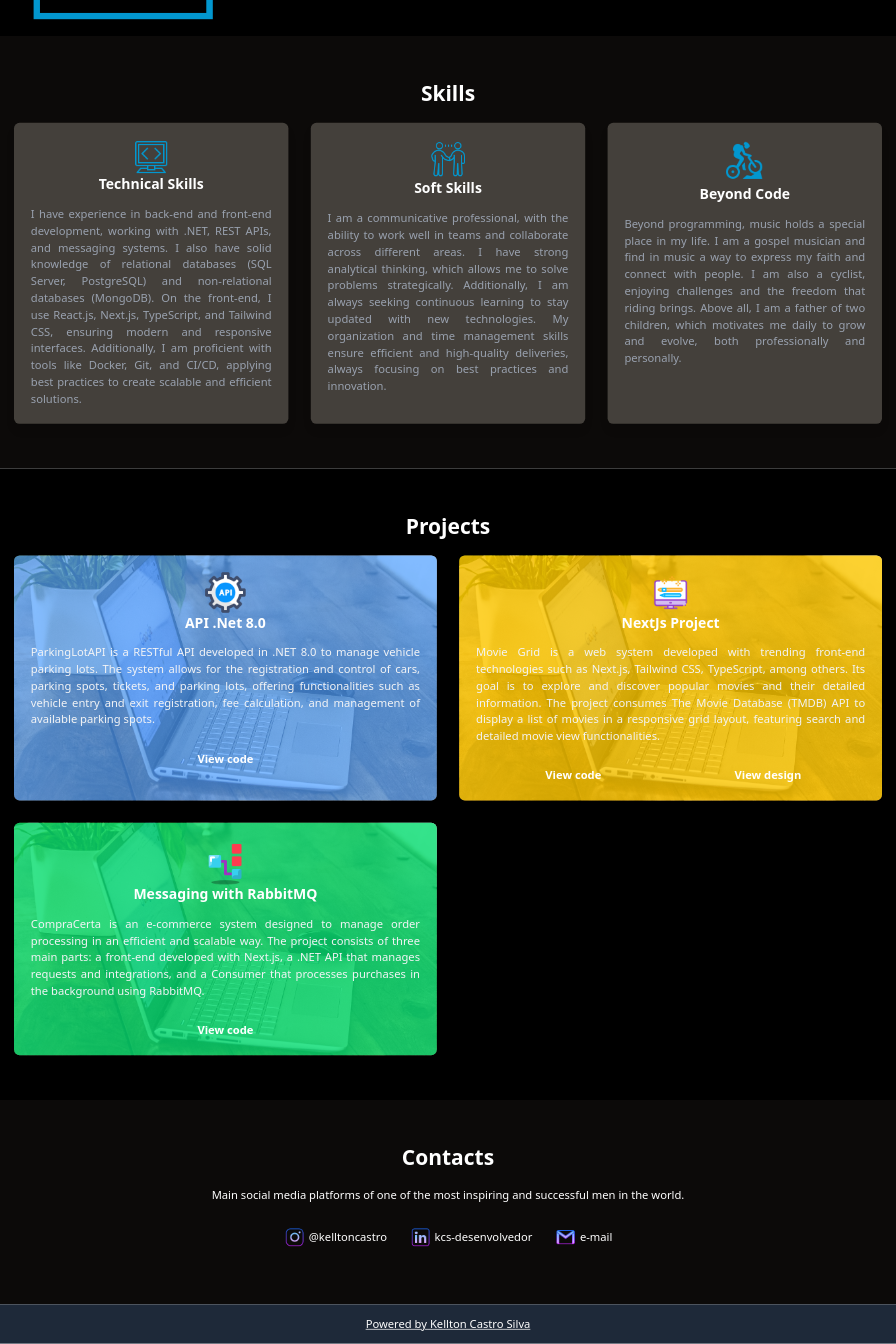
Repository: kcsdesenvolvedor/portfolio
Page: index.html
These files come from the project's save history. The page is drawn as it stood at one moment and after the next save; the edit follows.
The browser window is 1280 px wide. The pictures show the part of the page from y = 918 to 2838 px (the page is 2838 px tall), at 70% of full size.

Above is the page before, as saved 2025-03-26 20:19:42.
Console error: TypeError: Cannot read properties of null (reading 'textContent')

### index.html
<!DOCTYPE html>
<html lang="en">
<head>
    <meta charset="UTF-8">
    <meta name="viewport" content="width=device-width, initial-scale=1.0">
    <link rel="icon" href="./img/faviconK.png" type="image/x-icon">
    <link href="./output.css" rel="stylesheet">
    <title>Kellton Castro</title>
    <style>
        .typing-container {
        font-family: 'Courier New', monospace;
        font-size: 24px;
        color: #333;
        white-space: nowrap;
        overflow: hidden;
        border-right: 2px solid black;
        display: inline-block;
        animation: blink-caret 0.7s step-end infinite;
        }

        #typing-text {
            height: 40px;
        }

        @keyframes blink-caret {
        from, to {
            border-color: transparent;
        }
        50% {
            border-color: black;
        }
        }


        @keyframes fadeIn {
            from {
                opacity: 0;
                transform: translateY(20px);
            }
            to {
                opacity: 1;
                transform: translateY(0);
            }
        }

        .fade-in {
            animation: fadeIn 1s ease-in-out;
        }
    </style>
</head>
<body class="bg-gray-100 font-sans">
    <header>
        <nav class="fixed top-0 z-50 w-full px-4 py-4 flex justify-between items-center bg-stone-950">
            <div class="lg:hidden">
                <button class="navbar-burger flex items-center text-blue-600 p-3">
                    <svg class="block h-4 w-4 fill-current" viewBox="0 0 20 20" xmlns="http://www.w3.org/2000/svg">
                        <title>Mobile menu</title>
                        <path d="M0 3h20v2H0V3zm0 6h20v2H0V9zm0 6h20v2H0v-2z"></path>
                    </svg>
                </button>
            </div>
            <div>
                <ul class="hidden absolute top-1/2 left-1/2 transform -translate-y-1/2 -translate-x-1/2 lg:mx-auto lg:flex lg:items-center lg:w-auto lg:space-x-20">
                    <li><a class="text-sm text-blue-600/80 dark:text-sky-400/80 hover:text-white" href="#home" data-i18n="home"></a></li>
                    <li><a class="text-sm text-blue-600/80 dark:text-sky-400/80 hover:text-white" href="#about" data-i18n="about"></a></li>
                    <li><a class="text-sm text-blue-600/80 dark:text-sky-400/80 hover:text-white" href="#skills" data-i18n="skills"></a></li>
                    <li><a class="text-sm text-blue-600/80 dark:text-sky-400/80 hover:text-white" href="#projects" data-i18n="projects"></a></li>
                    <li><a class="text-sm text-blue-600/80 dark:text-sky-400/80 hover:text-white" href="#contacts" data-i18n="contacts"></a></li>
                </ul>
            </div>
            <div class="w-lg">
                <select id="language-select" class="border-2 border-blue-600/80 dark:border-sky-400/80 text-blue-600/80 dark:text-sky-400/80 bg-transparent rounded-lg px-4 py-2">
                    <option value="en">English</option>
                    <option value="pt">Português</option>
                </select>
            </div>
        </nav>
        <div class="navbar-menu fixed top-0 z-50 w-full hidden">
            <div class="navbar-backdrop fixed inset-0 bg-gray-800 opacity-25"></div>
            <nav class="fixed top-0 left-0 bottom-0 flex flex-col w-5/6 max-w-sm py-6 px-6 bg-white border-r overflow-y-auto">
                <div class="flex items-center mb-8">
                    <a class="mr-auto text-3xl font-bold leading-none" href="#">
                        <img class="w-16" src="./img/logo.png" alt="">
                    </a>
                    <button class="navbar-close">
                        <svg class="h-6 w-6 text-gray-400 cursor-pointer hover:text-gray-500" xmlns="http://www.w3.org/2000/svg" fill="none" viewBox="0 0 24 24" stroke="currentColor">
                            <path stroke-linecap="round" stroke-linejoin="round" stroke-width="2" d="M6 18L18 6M6 6l12 12"></path>
                        </svg>
                    </button>
                </div>
                <div>
                    <ul>
                        <li class="mb-1">
                            <a class="navbar-itemMenu block p-4 text-sm font-semibold text-gray-400 hover:bg-blue-50 hover:text-blue-600 rounded" href="#home" data-i18n="home"></a>
                        </li>
                        <li class="mb-1">
                            <a class="navbar-itemMenu block p-4 text-sm font-semibold text-gray-400 hover:bg-blue-50 hover:text-blue-600 rounded" href="#about" data-i18n="about"></a>
                        </li>
                        <li class="mb-1">
                            <a class="navbar-itemMenu block p-4 text-sm font-semibold text-gray-400 hover:bg-blue-50 hover:text-blue-600 rounded" href="#skills" data-i18n="skills"></a>
                        </li>
                        <li class="mb-1">
                            <a class="navbar-itemMenu block p-4 text-sm font-semibold text-gray-400 hover:bg-blue-50 hover:text-blue-600 rounded" href="#projects" data-i18n="projects"></a>
                        </li>
                        <li class="mb-1">
                            <a class="navbar-itemMenu block p-4 text-sm font-semibold text-gray-400 hover:bg-blue-50 hover:text-blue-600 rounded" href="#contact" data-i18n="contacts"></a>
                        </li>
                    </ul>
                </div>
                <div class="mt-auto">

                    <a href="https://kcode2025.github.io/sucess-history" target="_blank">
                        <p class="my-4 text-xs text-center text-gray-400">
                            Powered by Success Story
                        </p>
                    </a>
                </div>
            </nav>
        </div>
    </header>


    <!-- Home Section -->
    <section id="home" class="flex flex-col-reverse lg:flex-row lg:justify-around justify-between bg-stone-950 text-white text-center pt-20 lg:pb-0 pb-5 px-10 fade-in">
        <!-- Div do texto -->
        <div class="self-center w-full flex items-center justify-center">
            <div class="flex flex-col lg:w-2/4"> <!-- Ajuste essa div para ocupar 100% da largura -->
                <p class="text-md text-left" data-i18n="hello"></p>
                <p class="text-3xl text-blue-600/80 dark:text-sky-400/80 text-left font-semibold" data-i18n="apresentationMe"></p>
                <p class="text-lg text-gray-400 text-left font-semibold mb-2" data-i18n="myProfission"></p>
                <p class="text-xs text-gray-400 text-left font-semibold mb-8" data-i18n="welcomePortfolio"></p>
                <a href="#contact" class="bg-blue-600/80 dark:bg-sky-400/80 text-white font-bold w-2/4 py-3 px-6 border-2 rounded-lg shadow-lg hover:bg-black hover:text-blue-600/80 hover:dark:text-sky-400/80 hover:border-blue-600/80 hover:dark:border-sky-400/80 hover:border-2 transition delay-150 duration-300 ease-in-out" data-i18n="contacts"></a>
            </div>
        </div>

        <!-- Div da imagem -->
        <div class="flex justify-center lg:justify-end lg:w-2/4">
            <img class="min-w-2/4 object-contain" src="./img/perfil-portfolio2.png">
        </div>
    </section>

    <!-- Sobre -->
    <section id="about" class="flex flex-col lg:flex-row items-center justify-center space-y-10 lg:space-y-0 lg:space-x-20 py-16 bg-black border-r-gray-900 fade-in">
        <div class="relative flex justify-center">
            <!-- Moldura (posição de fundo) -->
            <img src="./img/moldura.png" class="w-3xs h-3xs absolute -left-5 top-5 lg:-left-10 lg:top-10" alt="moldura do perfil">

            <!-- Imagem de perfil (fica por cima) -->
            <img src="./img/perfil-portfolio1.png" class="w-3xs h-3xs relative z-10" alt="meu perfil">
        </div>
        <div class="px-5 w-full lg:w-3xl text-center lg:text-left">
            <h3 class="text-3xl text-white font-bold mb-2" data-i18n="about"></h3>
            <div class="w-20 h-0.5 bg-blue-600/80 dark:bg-sky-400/80 mb-3 mx-auto lg:mx-0"></div>
            <p class="text-gray-400 text-left w-full mb-8" data-i18n="aboutMeInfo"></p>
            <div class="flex flex-col lg:flex-row w-full lg:w-2/4 gap-4">
                <a href="#contact" class="bg-blue-600/80 dark:bg-sky-400/80 text-center text-white font-bold w-full lg:w-2/4 py-3 px-6 border-2 rounded-lg shadow-lg hover:bg-black hover:text-blue-600/80 hover:dark:text-sky-400/80 hover:border-blue-600/80 hover:dark:border-sky-400/80 hover:border-2 transition delay-150 duration-300 ease-in-out" data-i18n="contacts"></a>
                <a href="cv/Kellton.pdf" download="Kellton.pdf" class="bg-black text-center border-blue-600/80 dark:border-sky-400/80 text-blue-600/80 dark:text-sky-400/80 font-bold w-full lg:w-2/4 py-3 px-6 border-2 rounded-lg shadow-lg hover:text-white hover:border-white hover:border-2 transition delay-150 duration-300 ease-in-out">
                    Download CV
                </a>
            </div>
        </div>
    </section>



    <!-- Skills -->
    <section id="skills" class="py-16 bg-stone-950 fade-in">
        <div class="container mx-auto text-center">
            <h3 class="text-3xl text-white font-bold mb-6" data-i18n="skills"></h3>
            <div class="px-5 grid grid-cols-1 md:grid-cols-3 gap-8">
                <div class="flex flex-col items-center bg-stone-700 p-6 rounded-lg shadow-lg transition delay-150 duration-300 transform hover:scale-105 hover:shadow-xl">
                    <img src="./img/hard-skills.png" alt="image hard skills">
                    <h4 class="text-xl text-white font-bold mb-4" data-i18n="technicalSkills"></h4>
                    <p class="text-gray-400 text-justify" data-i18n="technicalSkillsInfo"></p>
                </div>
                <div class="flex flex-col items-center bg-stone-700 p-6 rounded-lg shadow-lg transition delay-150 duration-300 transform hover:scale-105 hover:shadow-xl">
                    <img src="./img/soft-skills.png" class="h-14" alt="image soft skills">
                    <h4 class="text-xl text-white font-bold mb-4" data-i18n="softSkills"></h4>
                    <p class="text-gray-400 text-justify" data-i18n="softSkillsInfo"></p>
                </div>
                <div class="flex flex-col items-center bg-stone-700 p-6 rounded-lg shadow-lg transition delay-150 duration-300 transform hover:scale-105 hover:shadow-xl">
                    <img src="./img/beyond-code.png" alt="imagem de beyond code">
                    <h4 class="text-xl text-white font-bold mb-4" data-i18n="beyondCode"></h4>
                    <p class="text-gray-400 text-justify" data-i18n="beyondCodeInfo"></p>
                </div>
            </div>
        </div>
    </section>

    <!-- Projetos -->
    <section id="projects" class="py-16 bg-black fade-in">
        <div class="container mx-auto text-center">
            <h3 class="text-3xl text-white font-bold mb-6" data-i18n="projects"></h3>
            <div class="px-5 grid grid-cols-1 md:grid-cols-2 gap-8">
                <div class="relative bg-stone-700 p-6 rounded-lg shadow-lg
                bg-[url('./img/homeoffice.jpg')] bg-cover bg-center bg-opacity-20">
                    <div class="absolute inset-0 bg-blue-400/70 rounded-lg"></div>
                    <div class="relative z-10 flex flex-col items-center">
                        <img src="./img/api.png" alt="image api">
                        <h4 class="text-xl text-white font-bold mb-4">API .Net 8.0</h4>
                        <p class="text-gray-100 text-justify">ParkingLotAPI is a RESTful API developed in .NET 8.0 to manage vehicle parking lots. The system allows for the registration and control of cars, parking spots, tickets, and parking lots, offering functionalities such as vehicle entry and exit registration, fee calculation, and management of available parking spots.</p>
                        <div class="flex justify-center mt-8 w-full">
                            <a href="https://github.com/kcsdesenvolvedor/ParkingLotAPI" class="text-white font-semibold w-full lg:w-2/4 px-6 hover:text-blue-600/80 hover:dark:text-sky-400/80 transition delay-150 duration-300 ease-in-out" target="_blank">
                                View code
                            </a>
                        </div>
                    </div>
                </div>
                <div class="relative bg-stone-700 p-6 rounded-lg shadow-lg
                bg-[url('./img/homeoffice.jpg')] bg-cover bg-center bg-opacity-20">
                    <div class="absolute inset-0 bg-yellow-400/80 rounded-lg"></div>
                    <div class="relative z-10 flex flex-col items-center">
                        <img src="./img/next-project.png" alt="image nextjs project">
                        <h4 class="text-xl text-white font-bold mb-4">NextJs Project</h4>
                        <p class="text-gray-100 text-justify">Movie Grid is a web system developed with trending front-end technologies such as Next.js, Tailwind CSS, TypeScript, among others. Its goal is to explore and discover popular movies and their detailed information. The project consumes The Movie Database (TMDB) API to display a list of movies in a responsive grid layout, featuring search and detailed movie view functionalities.</p>
                        <div class="flex justify-between mt-8 w-full">
                            <a href="https://github.com/kcsdesenvolvedor/Movie-Grid" class=" text-white font-semibold w-full lg:w-2/4 px-6 hover:text-blue-600/80 hover:dark:text-sky-400/80 transition delay-150 duration-300 ease-in-out" target="_blank">
                                View code
                            </a>
                            <a href="https://movie-grid-blue.vercel.app/" class=" text-white font-semibold w-full lg:w-2/4 px-6 hover:text-blue-600/80 hover:dark:text-sky-400/80 transition delay-150 duration-300 ease-in-out" target="_blank">
                                View design
                            </a>
                        </div>
                    </div>
                </div>
                <div class="relative flex flex-col items-center bg-stone-700 p-6 rounded-lg shadow-lg
                bg-[url('./img/homeoffice.jpg')] bg-cover bg-center bg-opacity-20">
                    <div class="absolute inset-0 bg-green-400/80 rounded-lg"></div>
                    <div class="relative z-10 flex flex-col items-center">
                        <img src="./img/mensageria.png" alt="imagem de mensageria">
                        <h4 class="text-xl text-white font-bold mb-4">Messaging with RabbitMQ</h4>
                        <p class="text-gray-100 text-justify">CompraCerta is an e-commerce system designed to manage order processing in an efficient and scalable way. The project consists of three main parts: a front-end developed with Next.js, a .NET API that manages requests and integrations, and a Consumer that processes purchases in the background using RabbitMQ.</p>
                        <div class="flex justify-center mt-8 w-full">
                            <a href="https://github.com/kcsdesenvolvedor/compra-certa" class="text-white font-semibold w-full lg:w-2/4 px-6 hover:text-blue-600/80 hover:dark:text-sky-400/80 transition delay-150 duration-300 ease-in-out" target="_blank">
                                View code
                            </a>
                        </div>
                    </div>
                </div>
            </div>
        </div>
    </section>

    <!-- Contato -->
    <section id="contacts" class="py-16 bg-stone-950 text-white text-center fade-in">
        <div class="container mx-auto px-2">
            <h3 class="text-3xl font-bold mb-6" data-i18n="contacts"></h3>
            <p class="mb-8">Main social media platforms of one of the most inspiring and successful men in the world.</p>
            <form class="max-w-lg mx-auto">
                <div class="flex flex-col justify-center lg:flex-row mb-4 gap-8">
                    <a href="https://www.cityfootballgroup.com/" target="_blank">
                        <div class="flex gap-1 items-center">
                            <img class="h-8 w-8" src="./img/instagram.png" alt="imagem do instagram">
                            <p class="text-1xl">@kelltoncastro</p>
                        </div>
                    </a>
                    <a href="https://x.com/HHmansour" target="_blank">
                        <div class="flex gap-1 items-center">
                            <img class="h-8 w-8" src="./img/linkedin.png" alt="imagem do linkedin">
                            <p class="text-1xl">kcs-desenvolvedor</p>
                        </div>
                    </a>
                    <a href="https://x.com/HHmansour" target="_blank">
                        <div class="flex gap-1 items-center">
                            <img class="h-8 w-8" src="./img/gmail.png" alt="imagem do gmail">
                            <p class="text-1xl">e-mail</p>
                        </div>
                    </a>
                </div>
            </form>
        </div>
    </section>

    <!-- Footer -->
    <footer class="bg-gray-800 text-white text-center py-4">
        <a class="cursor-pointer" href="https://kcode2025.github.io/sucess-history" target="_blank"><p class="underline">Powered by Kellton Castro Silva</p></a>
    </footer>

    <!-- Script -->
    <script>
        // Burger menus
        document.addEventListener('DOMContentLoaded', function() {
            // open
            const burger = document.querySelectorAll('.navbar-burger');
            const menu = document.querySelectorAll('.navbar-menu');

            if (burger.length && menu.length) {
                for (var i = 0; i < burger.length; i++) {
                    burger[i].addEventListener('click', function() {
                        for (var j = 0; j < menu.length; j++) {
                            menu[j].classList.toggle('hidden');
                        }
                    });
                }
            }

            // close
            const close = document.querySelectorAll('.navbar-close');
            const backdrop = document.querySelectorAll('.navbar-backdrop');
            const itemMenu = document.querySelectorAll('.navbar-itemMenu');

            if (close.length) {
                for (var i = 0; i < close.length; i++) {
                    close[i].addEventListener('click', function() {
                        for (var j = 0; j < menu.length; j++) {
                            menu[j].classList.toggle('hidden');
                        }
                    });
                }
            }

            if (backdrop.length) {
                for (var i = 0; i < backdrop.length; i++) {
                    backdrop[i].addEventListener('click', function() {
                        for (var j = 0; j < menu.length; j++) {
                            menu[j].classList.toggle('hidden');
                        }
                    });
                }
            }

            if (itemMenu.length) {
                for (var i = 0; i < itemMenu.length; i++) {
                    itemMenu[i].addEventListener('click', function() {
                        for (var j = 0; j < menu.length; j++) {
                            menu[j].classList.toggle('hidden');
                        }
                    });
                }
            }
        });

        // animação de digitação

        const texts = [
        "Visionary Leader",
        "Sports Enthusiast",
        "City Football Group Owner",
        "Innovative Investor",
        "Philanthropist",
        "Economic Pioneer",
        "Influential Figure",
        "Strategic Thinker",
        "Cultural Advocate",
        "Inspiring Icon"
        ];

        let currentTextIndex = 0;
        let charIndex = 0;
        const typingSpeed = 100; // Velocidade de digitação (ms por caractere)
        const erasingSpeed = 50; // Velocidade de apagar
        const delayBetweenTexts = 2000; // Tempo antes de trocar para o próximo texto

        const typingElement = document.getElementById("typing-text");

        function typeText() {
        if (charIndex < texts[currentTextIndex].length) {
            typingElement.textContent += texts[currentTextIndex].charAt(charIndex);
            charIndex++;
            setTimeout(typeText, typingSpeed);
        } else {
            setTimeout(eraseText, delayBetweenTexts);
        }
        }

        function eraseText() {
        if (charIndex > 0) {
            typingElement.textContent = texts[currentTextIndex].substring(0, charIndex - 1);
            charIndex--;
            setTimeout(eraseText, erasingSpeed);
        } else {
            currentTextIndex = (currentTextIndex + 1) % texts.length;
            setTimeout(typeText, typingSpeed);
        }
        }

        // Começar a animação
        document.addEventListener("DOMContentLoaded", () => {
        setTimeout(typeText, delayBetweenTexts);
        });

        </script>
        <script src="./js/main.js"></script>
        <script src="./js/translations.js"></script>
</body>
</html>

Loaded but not shown: js/translations.js (40 lines, source omitted); js/main.js (24 lines, source omitted); output.css (1429 lines, source omitted)

After the next save:
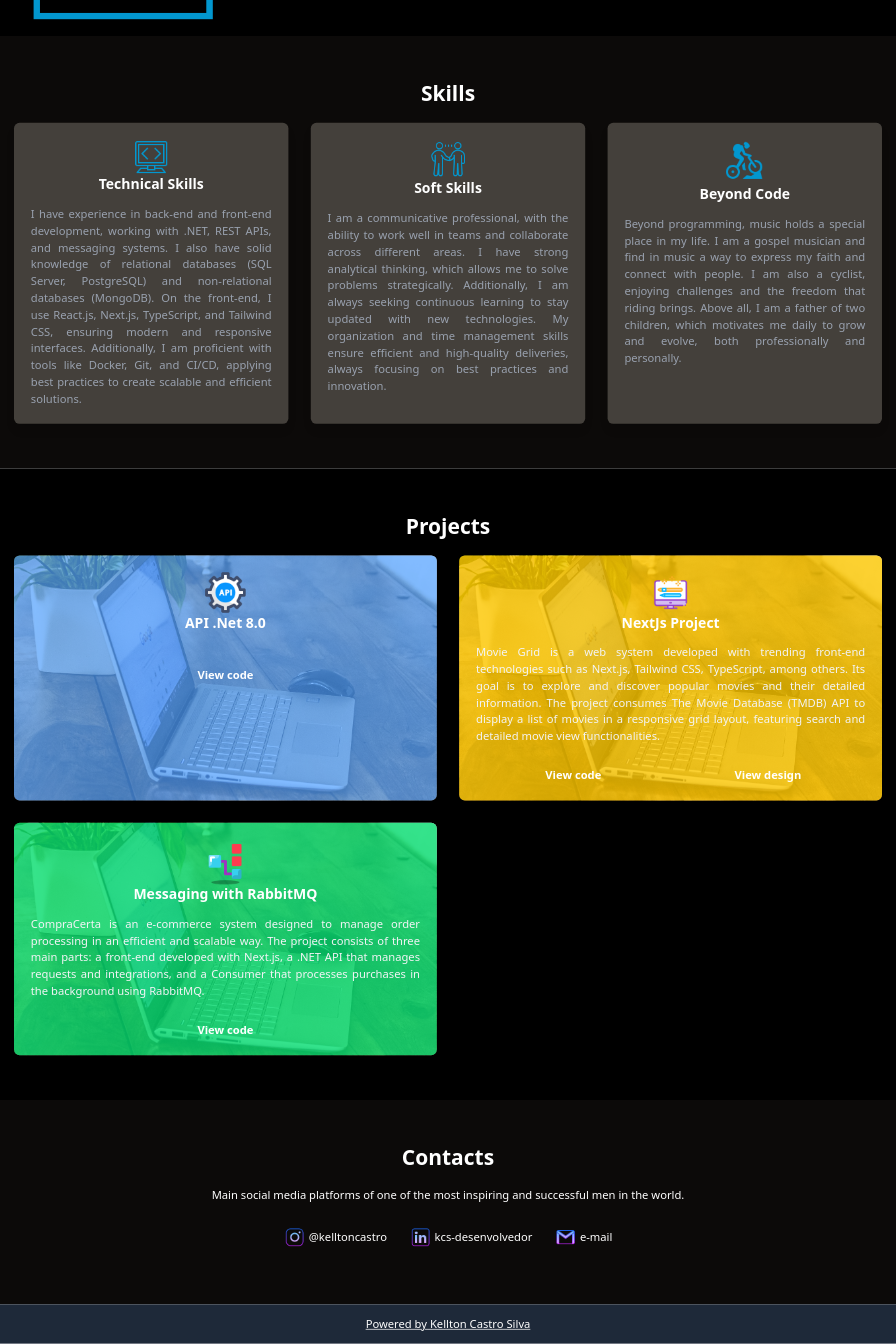
Saved 5 min 48 s later.
--- a/index.html
+++ b/index.html
@@ -198,7 +198,7 @@
                     <div class="relative z-10 flex flex-col items-center">
                         <img src="./img/api.png" alt="image api">
                         <h4 class="text-xl text-white font-bold mb-4">API .Net 8.0</h4>
-                        <p class="text-gray-100 text-justify">ParkingLotAPI is a RESTful API developed in .NET 8.0 to manage vehicle parking lots. The system allows for the registration and control of cars, parking spots, tickets, and parking lots, offering functionalities such as vehicle entry and exit registration, fee calculation, and management of available parking spots.</p>
+                        <p class="text-gray-100 text-justify" data-i18n="apiProjectInfo"></p>
                         <div class="flex justify-center mt-8 w-full">
                             <a href="https://github.com/kcsdesenvolvedor/ParkingLotAPI" class="text-white font-semibold w-full lg:w-2/4 px-6 hover:text-blue-600/80 hover:dark:text-sky-400/80 transition delay-150 duration-300 ease-in-out" target="_blank">
                                 View code
